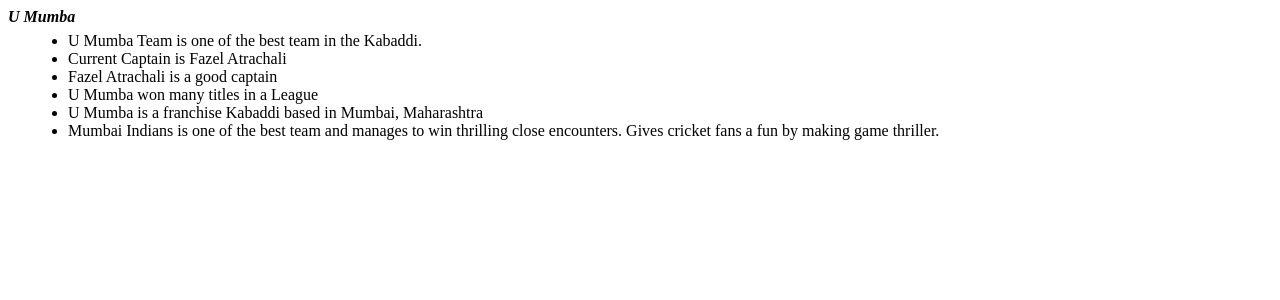
Repository: devanshudave1901/DevanshuDave_Sec002_ICE-05
Page: InfoFiles/uMumba.html
The author's editor kept a copy of each file at every save. The page is drawn from the files as they stood at one save, then again after the next save.
The browser window is 1280 px wide. The pictures show the whole page.

Above is the page before, as saved 2022-03-20 21:18:02.

### InfoFiles/uMumba.html
<!DOCTYPE html>
<html>
<head>
<meta charset="utf-8">
<title>
</title>
</head>
<body>
<div>
<b><i>U Mumba</i></b><ul style="margin: 6px 0px 6px 20px; text-indent: 0pt;"> <li> U Mumba Team is one of the best team in the Kabaddi.
<li >Current Captain is </b>Fazel Atrachali </li
><li > Fazel Atrachali is a good captain</li>
<li>U Mumba won many titles in a League</li>
<li>U Mumba is a franchise Kabaddi based in Mumbai, Maharashtra</li>
<li >Mumbai Indians is one of the best team and manages to win thrilling close encounters. Gives cricket fans a fun by making game thriller.</li>
</div>
</body>
</html>

After the next save:
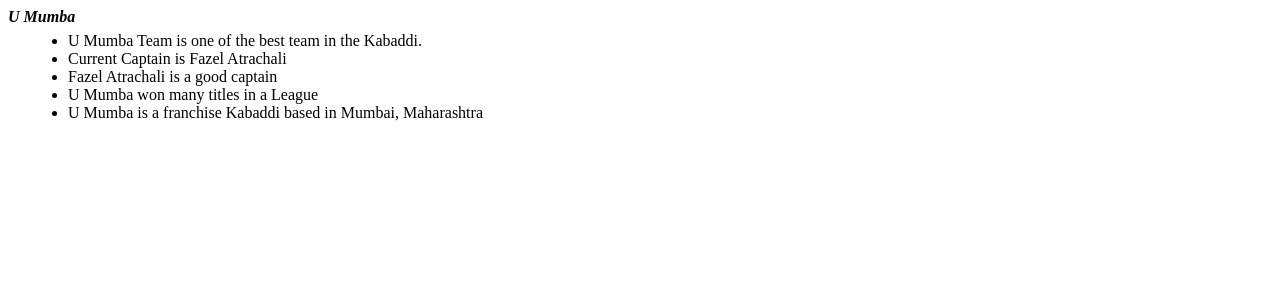
Saved 6 s later.
--- a/InfoFiles/uMumba.html
+++ b/InfoFiles/uMumba.html
@@ -12,7 +12,6 @@
 ><li > Fazel Atrachali is a good captain</li>
 <li>U Mumba won many titles in a League</li>
 <li>U Mumba is a franchise Kabaddi based in Mumbai, Maharashtra</li>
-<li >Mumbai Indians is one of the best team and manages to win thrilling close encounters. Gives cricket fans a fun by making game thriller.</li>
 </div>
 </body>
 </html>
